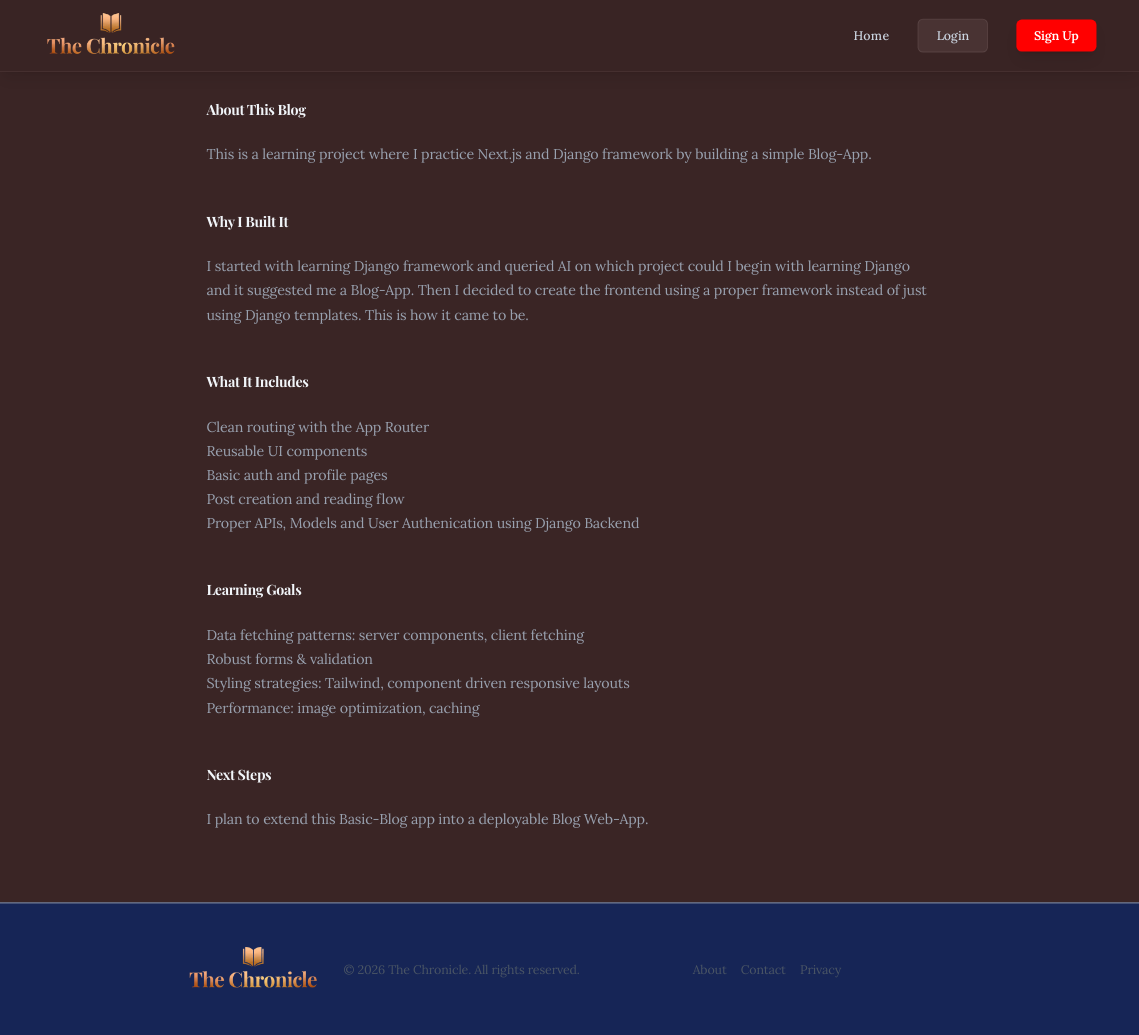
Repository: swaruplamsal/BasicBlogApp
Page: /about (app in blog-frontend/)
These files come from the project's save history. The page is drawn as it stood at one moment and after the next save; the edit follows.
The browser window is 1280 px wide. The pictures show the whole page, at 89% of full size.
The page's requests for data from a server got no answer. The project was rebuilt for these pictures with package versions that can differ from the ones it lists, and the page was loaded fresh each time. The framework's server and built-in components were replaced by stand-ins that run in the browser. No one was signed in, and anything a server would have sent is missing. Also part of the build but not shown: blog-frontend/next.config.mjs, blog-frontend/app/components/Avatar.js.

Above is the page before, as saved 2026-02-07 21:13:27.

### blog-frontend/app/layout.js
// app/layout.js
import { Lora, Playfair_Display } from "next/font/google";
import { AuthProvider } from "./context/AuthContext";
import { generateSiteMetadata } from "../lib/metadata";
import "./globals.css";

export const metadata = generateSiteMetadata();

const lora = Lora({
  subsets: ["latin"],
  weight: ["400", "500", "600", "700"],
  variable: "--font-lora",
});

const playfair = Playfair_Display({
  subsets: ["latin"],
  weight: ["400", "500", "600", "700", "900"],
  variable: "--font-playfair",
});

export default function RootLayout({ children }) {
  return (
    <html lang="en">
      <body className={`${lora.variable} ${playfair.variable}`}>
        <AuthProvider>{children}</AuthProvider>
      </body>
    </html>
  );
}

### blog-frontend/app/about/page.js
import Navbar from "../components/Navbar";
import Footer from "../components/Footer";

const sectionStyle = {
  marginTop: "1.5rem",
};

export default function About() {
  return (
    <div className="dark:bg-slate-950 text-gray-400">
      <Navbar />
      <main style={{ padding: "2rem", maxWidth: "880px", margin: "0 auto" }}>
        <h1>About This Blog</h1>
        <br />

        <p>
          This is a learning project where I practice Next.js and Django
          framework by building a simple Blog-App.
        </p>
        <br />
        <section style={sectionStyle}>
          <h2>Why I Built It</h2>
          <br />
          <p>
            I started with learning Django framework and queried AI on which
            project could I begin with learning Django and it suggested me a
            Blog-App. Then I decided to create the frontend using a proper
            framework instead of just using Django templates. This is how it
            came to be.
          </p>
        </section>
        <br />

        <section style={sectionStyle}>
          <h2>What It Includes</h2>
          <br />
          <ul>
            <li>Clean routing with the App Router</li>
            <li>Reusable UI components</li>
            <li>Basic auth and profile pages</li>
            <li>Post creation and reading flow</li>
            <li>
              Proper APIs, Models and User Authenication using Django Backend
            </li>
          </ul>
        </section>
        <br />

        <section style={sectionStyle}>
          <h2>Learning Goals</h2>
          <br />
          <ul>
            <li>Data fetching patterns: server components, client fetching</li>
            <li>Robust forms & validation</li>
            <li>
              Styling strategies: Tailwind, component driven responsive layouts
            </li>
            <li>Performance: image optimization, caching</li>
          </ul>
        </section>
        <br />

        <section style={sectionStyle}>
          <h2>Next Steps</h2>
          <br />
          <p>
            I plan to extend this Basic-Blog app into a deployable Blog Web-App.
          </p>
        </section>
      </main>
      <Footer />
    </div>
  );
}

### blog-frontend/app/context/AuthContext.js
"use client";

import { createContext, useContext, useState, useEffect } from "react";
import { authApi } from "../../lib/api";

const AuthContext = createContext();

// Helper function to get initial state from localStorage
function getInitialAuth() {
  if (typeof window === "undefined") {
    return { token: null, user: null };
  }

  const savedToken = localStorage.getItem("token");
  const savedUser = localStorage.getItem("user");

  return {
    token: savedToken || null,
    user: savedUser ? JSON.parse(savedUser) : null,
  };
}

export function AuthProvider({ children }) {
  const [user, setUser] = useState(() => getInitialAuth().user);
  const [token, setToken] = useState(() => getInitialAuth().token);

  // Sync user data with backend on mount if token exists
  useEffect(() => {
    if (typeof window === "undefined" || !token) return;

    const syncUserData = async () => {
      try {
        const completeUser = await authApi.getCurrentUser();
        setUser(completeUser);
        localStorage.setItem("user", JSON.stringify(completeUser));
      } catch (error) {
        // If sync fails, user might be logged out - clear auth state
        setToken(null);
        setUser(null);
        localStorage.removeItem("token");
        localStorage.removeItem("user");
      }
    };

    syncUserData();
  }, [token]);

  const login = async (username, password) => {
    try {
      const data = await authApi.login(username, password);

      setToken(data.token);
      localStorage.setItem("token", data.token);

      // Fetch complete user data including profile
      try {
        const completeUser = await authApi.getCurrentUser();
        setUser(completeUser);
        localStorage.setItem("user", JSON.stringify(completeUser));
      } catch (profileError) {
        // Fallback to basic user data if profile fetch fails
        setUser(data.user);
        localStorage.setItem("user", JSON.stringify(data.user));
      }

      return { success: true };
    } catch (error) {
      return { success: false, error: error.message };
    }
  };

  const signup = async (username, email, password) => {
    try {
      const data = await authApi.signup(username, email, password);

      setToken(data.token);
      setUser(data.user);
      localStorage.setItem("token", data.token);
      localStorage.setItem("user", JSON.stringify(data.user));
      return { success: true };
    } catch (error) {
      return { success: false, error: error.message };
    }
  };

  const logout = () => {
    setToken(null);
    setUser(null);
    localStorage.removeItem("token");
    localStorage.removeItem("user");
  };

  const refreshUser = async () => {
    if (!token) return;

    try {
      const completeUser = await authApi.getCurrentUser();
      setUser(completeUser);
      localStorage.setItem("user", JSON.stringify(completeUser));
    } catch (error) {
      console.log("Failed to refresh user data:", error.message);
    }
  };

  return (
    <AuthContext.Provider
      value={{ user, token, login, signup, logout, refreshUser }}
    >
      {children}
    </AuthContext.Provider>
  );
}

export function useAuth() {
  return useContext(AuthContext);
}

### blog-frontend/lib/metadata.js
// Helper functions for generating metadata

export const generateSiteMetadata = () => ({
  title: {
    template: "%s | The Chronicle",
    default: "The Chronicle - Where Stories Matter",
  },
  description:
    "Discover thoughtful perspectives, compelling narratives, and insights that challenge the ordinary.",
  keywords: ["blog", "stories", "articles", "writing", "chronicle"],
  authors: [{ name: "The Chronicle Team" }],
  openGraph: {
    type: "website",
    locale: "en_US",
    siteName: "The Chronicle",
  },
  twitter: {
    card: "summary_large_image",
  },
  // Fallback favicon / site icon. Place a file at public/favicon.png (or /favicon.ico)
  icons: {
    icon: "/favicon.png",
    apple: "/favicon.png",
  },
});

export const generatePostMetadata = (post) => {
  if (!post) return {};

  return {
    title: post.title,
    description: post.content.substring(0, 160) + "...",
    keywords: post.tags?.map((tag) => tag.name) || [],
    authors: [{ name: post.author?.username || "Anonymous" }],
    openGraph: {
      title: post.title,
      description: post.content.substring(0, 160) + "...",
      type: "article",
      publishedTime: post.created_at,
      modifiedTime: post.updated_at,
      authors: [post.author?.username || "Anonymous"],
      tags: post.tags?.map((tag) => tag.name) || [],
    },
    twitter: {
      card: "summary_large_image",
      title: post.title,
      description: post.content.substring(0, 160) + "...",
    },
  };
};

### blog-frontend/app/globals.css
@import "tailwindcss";

@layer base {
  :root {
    /* Bold Editorial Theme - Color Hunt Palette */
    --background: #3a2525;
    --background-elevated: #4a3535;
    --background-hover: #5a4545;
    --foreground: #f1f5f9;
    --foreground-muted: #cbd5e1;
    --foreground-subtle: #94a3b8;

    /* Accent Colors */
    --accent: #ff0000;
    --accent-hover: #cc0000;
    --accent-light: #ff3333;
    --accent-secondary: #9e2a2a;
    --navy: #000080;
    --navy-hover: #0000a0;

    /* Borders & Dividers */
    --border: #5a4545;
    --border-light: #6a5555;

    /* Semantic Colors */
    --success: #10b981;
    --error: #ff0000;
    --warning: #ff0000;
  }

  body {
    background: var(--background);
    color: var(--foreground);
    font-family:
      var(--font-lora),
      -apple-system,
      BlinkMacSystemFont,
      "Segoe UI",
      Roboto,
      sans-serif;
    line-height: 1.7;
    -webkit-font-smoothing: antialiased;
    -moz-osx-font-smoothing: grayscale;
    letter-spacing: -0.011em;
  }

  h1,
  h2,
  h3,
  h4,
  h5,
  h6 {
    font-family: var(--font-playfair), Georgia, serif;
    font-weight: 700;
    line-height: 1.25;
    color: var(--foreground);
    letter-spacing: -0.025em;
  }
}

@layer components {
  /* Custom Scrollbar */
  ::-webkit-scrollbar {
    width: 8px;
  }

  ::-webkit-scrollbar-track {
    background: var(--background);
  }

  ::-webkit-scrollbar-thumb {
    background: var(--accent);
    border-radius: 4px;
  }

  ::-webkit-scrollbar-thumb:hover {
    background: var(--accent-hover);
  }

  /* Smooth transitions */
  * {
    transition-property:
      background-color, border-color, color, fill, stroke, transform, opacity;
    transition-timing-function: cubic-bezier(0.4, 0, 0.2, 1);
    transition-duration: 200ms;
  }

  /* Editorial Utilities */
  .editorial-gradient {
    background: linear-gradient(
      135deg,
      var(--background) 0%,
      var(--background-elevated) 100%
    );
  }

  .text-gradient {
    background: linear-gradient(135deg, #ff0000, #9e2a2a);
    -webkit-background-clip: text;
    -webkit-text-fill-color: transparent;
    background-clip: text;
  }

  .reading-progress {
    position: fixed;
    top: 0;
    left: 0;
    height: 3px;
    background: linear-gradient(90deg, #ff0000, #9e2a2a);
    z-index: 9999;
    transition: width 0.1s ease-out;
  }

  .card-hover {
    transition: all 0.3s cubic-bezier(0.4, 0, 0.2, 1);
  }

  .card-hover:hover {
    transform: translateY(-2px);
    box-shadow: 0 20px 40px -12px rgba(255, 0, 0, 0.2);
    border-color: #6a5555 !important;
  }

  /* Button Styles */
  .btn-primary {
    background-color: #ff0000;
    box-shadow: 0 10px 25px -5px rgba(255, 0, 0, 0.3);
    transition: all 0.3s ease;
  }

  .btn-primary:hover {
    background-color: #cc0000;
    box-shadow: 0 15px 30px -5px rgba(255, 0, 0, 0.4);
  }

  /* Link Styles */
  .link-red {
    color: #ff0000;
    transition: color 0.2s ease;
  }

  .link-red:hover {
    color: #ff3333;
  }

  .link-nav {
    color: #cbd5e1;
    transition: color 0.2s ease;
  }

  .link-nav:hover {
    color: #ff0000;
  }

  /* Article Title */
  .article-title {
    color: #f1f5f9;
    transition: color 0.3s ease;
  }

  .article-title:hover {
    color: #ff0000;
  }

  /* Tag Styles */
  .tag {
    color: #94a3b8;
    background-color: rgba(90, 69, 69, 0.5);
    border: 1px solid rgba(106, 85, 85, 0.5);
    transition: all 0.2s ease;
  }

  .tag:hover {
    border-color: #9e2a2a;
    color: #cbd5e1;
  }
  /* Form Styles */
  .form-input {
    background-color: rgba(90, 69, 69, 0.5);
    border: 1px solid #6a5555;
    color: #f1f5f9;
    transition: all 0.2s ease;
  }

  .form-input:focus {
    outline: none;
    border-color: #ff0000;
    background-color: rgba(90, 69, 69, 0.7);
  }

  .form-label {
    color: #cbd5e1;
  }

  .form-container {
    background-color: rgba(74, 53, 53, 0.5);
    border: 1px solid #5a4545;
  }

  .btn-secondary {
    background-color: rgba(90, 69, 69, 0.8);
    color: #cbd5e1;
    border: 1px solid #6a5555;
    transition: all 0.2s ease;
  }

  .btn-secondary:hover {
    background-color: rgba(90, 69, 69, 1);
    border-color: #7a6565;
  }

  .btn-danger {
    background-color: rgba(158, 42, 42, 0.8);
    color: #fff;
    border: 1px solid #9e2a2a;
    transition: all 0.2s ease;
  }

  .btn-danger:hover {
    background-color: #9e2a2a;
  }

  .btn-success {
    background-color: rgba(16, 185, 129, 0.8);
    color: #fff;
    transition: all 0.2s ease;
  }

  .btn-success:hover {
    background-color: rgb(16, 185, 129);
  }

  /* ========================================
   LOADING & ANIMATION STYLES
   ======================================== */

  /* Shimmer effect for skeleton loaders */
  @keyframes shimmer {
    0% {
      transform: translateX(-100%);
    }
    100% {
      transform: translateX(100%);
    }
  }

  .animate-shimmer {
    animation: shimmer 2s infinite;
  }

  /* Fade in animation */
  @keyframes fade-in {
    from {
      opacity: 0;
    }
    to {
      opacity: 1;
    }
  }

  .animate-fade-in {
    animation: fade-in 0.5s ease-out;
  }

  /* Fade in and slide up animation */
  @keyframes fade-in-up {
    from {
      opacity: 0;
      transform: translateY(20px);
    }
    to {
      opacity: 1;
      transform: translateY(0);
    }
  }

  .animate-fade-in-up {
    animation: fade-in-up 0.6s ease-out;
  }

  /* Scale in animation */
  @keyframes scale-in {
    from {
      opacity: 0;
      transform: scale(0.95);
    }
    to {
      opacity: 1;
      transform: scale(1);
    }
  }

  .animate-scale-in {
    animation: scale-in 0.4s ease-out;
  }

  /* Smooth transitions for all interactive elements */
  .transition-smooth {
    transition: all 0.3s cubic-bezier(0.4, 0, 0.2, 1);
  }
}

### blog-frontend/app/components/Navbar.js
// app/components/Navbar.js
"use client";

import dynamic from "next/dynamic";
import Link from "next/link";
import Image from "next/image";

const NavbarAuth = dynamic(() => import("./NavbarAuth"), { ssr: false });

export default function Navbar() {
  return (
    <nav
      className="sticky top-0 z-50 backdrop-blur-xl border-b shadow-lg"
      style={{
        backgroundColor: "rgba(58, 37, 37, 0.8)",
        borderColor: "rgba(90, 69, 69, 0.5)",
      }}
    >
      <div className="max-w-7xl mx-auto px-6 sm:px-8 lg:px-12">
        <div className="flex justify-between items-center h-20">
          {/* Logo */}
          <Link
            href="/"
            className="group flex items-center gap-3 hover:opacity-80 transition-opacity"
          >
            {/* Replace the inline svg with a logo image from public/images/logo.png */}
            <div>
              <Image
                src="/images/logo.png"
                alt="Editorial logo"
                width={150}
                height={150}
                className="object-cover"
                priority
              />
            </div>
          </Link>

          {/* Nav Links */}
          <div className="flex items-center gap-8">
            <Link
              href="/"
              className="link-nav font-medium text-sm tracking-wide"
            >
              Home
            </Link>
            <NavbarAuth />
          </div>
        </div>
      </div>
    </nav>
  );
}

### blog-frontend/app/components/Footer.js
import Image from "next/image";
import Link from "next/link";
import SocialLinks from "./SocialLinks";

export default function Footer() {
  return (
    <footer className="border-t mt-12 py-8 bg-blue-950 dark:bg-gray-900">
      <div className="max-w-4xl mx-auto px-4 flex flex-col md:flex-row items-center justify-between gap-4">
        <div className="flex items-center space-x-3">
          <Link href="/" className="flex items-center">
            <Image
              src="/images/logo.png"
              alt="Logo"
              width={150}
              height={150}
              className="rounded-sm"
            />
          </Link>
          <p className="text-sm text-gray-600 dark:text-gray-300 ml-4">
            © {new Date().getFullYear()} The Chronicle. All rights reserved.
          </p>
        </div>

        <nav className="flex items-center space-x-4">
          <Link
            href="/about"
            className="text-sm text-gray-600 hover:text-red-600 transition-colors duration-200 dark:text-gray-300 dark:hover:text-red-400 active:text-red-900 focus:outline-none focus-visible:ring-2 focus-visible:ring-red-300 rounded"
          >
            About
          </Link>
          <Link
            href="/contact"
            className="text-sm text-gray-600 hover:text-red-600 transition-colors duration-200 dark:text-gray-300 dark:hover:text-red-400 active:text-red-900 focus:outline-none focus-visible:ring-2 focus-visible:ring-red-300 rounded"
          >
            Contact
          </Link>
          <Link
            href="/privacy"
            className="text-sm text-gray-600 hover:text-red-600 transition-colors duration-200 dark:text-gray-300 dark:hover:text-red-400 active:text-red-900 focus:outline-none focus-visible:ring-2 focus-visible:ring-red-300 rounded"
          >
            Privacy
          </Link>
        </nav>

        <div>
          <SocialLinks />
        </div>
      </div>
    </footer>
  );
}

### blog-frontend/app/components/SocialLinks.js
"use client";

import Link from "next/link";

export default function SocialLinks({ website, twitter, github, linkedin }) {
  const links = [
    {
      name: "Website",
      value: website,
      href: website,
      icon: (
        <svg
          className="w-5 h-5"
          fill="none"
          stroke="currentColor"
          viewBox="0 0 24 24"
        >
          <path
            strokeLinecap="round"
            strokeLinejoin="round"
            strokeWidth={2}
            d="M21 12a9 9 0 01-9 9m9-9a9 9 0 00-9-9m9 9H3m9 9a9 9 0 01-9-9m9 9c1.657 0 3-4.03 3-9s-1.343-9-3-9m0 18c-1.657 0-3-4.03-3-9s1.343-9 3-9m-9 9a9 9 0 019-9"
          />
        </svg>
      ),
    },
    {
      name: "Twitter",
      value: twitter,
      href: twitter ? `https://twitter.com/${twitter}` : null,
      icon: (
        <svg className="w-5 h-5" fill="currentColor" viewBox="0 0 24 24">
          <path d="M18.244 2.25h3.308l-7.227 8.26 8.502 11.24H16.17l-5.214-6.817L4.99 21.75H1.68l7.73-8.835L1.254 2.25H8.08l4.713 6.231zm-1.161 17.52h1.833L7.084 4.126H5.117z" />
        </svg>
      ),
    },
    {
      name: "GitHub",
      value: github,
      href: github ? `https://github.com/${github}` : null,
      icon: (
        <svg className="w-5 h-5" fill="currentColor" viewBox="0 0 24 24">
          <path
            fillRule="evenodd"
            d="M12 2C6.477 2 2 6.484 2 12.017c0 4.425 2.865 8.18 6.839 9.504.5.092.682-.217.682-.483 0-.237-.008-.868-.013-1.703-2.782.605-3.369-1.343-3.369-1.343-.454-1.158-1.11-1.466-1.11-1.466-.908-.62.069-.608.069-.608 1.003.07 1.531 1.032 1.531 1.032.892 1.53 2.341 1.088 2.91.832.092-.647.35-1.088.636-1.338-2.22-.253-4.555-1.113-4.555-4.951 0-1.093.39-1.988 1.029-2.688-.103-.253-.446-1.272.098-2.65 0 0 .84-.27 2.75 1.026A9.564 9.564 0 0112 6.844c.85.004 1.705.115 2.504.337 1.909-1.296 2.747-1.027 2.747-1.027.546 1.379.202 2.398.1 2.651.64.7 1.028 1.595 1.028 2.688 0 3.848-2.339 4.695-4.566 4.943.359.309.678.92.678 1.855 0 1.338-.012 2.419-.012 2.747 0 .268.18.58.688.482A10.019 10.019 0 0022 12.017C22 6.484 17.522 2 12 2z"
            clipRule="evenodd"
          />
        </svg>
      ),
    },
    {
      name: "LinkedIn",
      value: linkedin,
      href: linkedin ? `https://linkedin.com/in/${linkedin}` : null,
      icon: (
        <svg className="w-5 h-5" fill="currentColor" viewBox="0 0 24 24">
          <path d="M20.447 20.452h-3.554v-5.569c0-1.328-.027-3.037-1.852-3.037-1.853 0-2.136 1.445-2.136 2.939v5.667H9.351V9h3.414v1.561h.046c.477-.9 1.637-1.85 3.37-1.85 3.601 0 4.267 2.37 4.267 5.455v6.286zM5.337 7.433c-1.144 0-2.063-.926-2.063-2.065 0-1.138.92-2.063 2.063-2.063 1.14 0 2.064.925 2.064 2.063 0 1.139-.925 2.065-2.064 2.065zm1.782 13.019H3.555V9h3.564v11.452zM22.225 0H1.771C.792 0 0 .774 0 1.729v20.542C0 23.227.792 24 1.771 24h20.451C23.2 24 24 23.227 24 22.271V1.729C24 .774 23.2 0 22.222 0h.003z" />
        </svg>
      ),
    },
  ];

  const activeLinks = links.filter((link) => link.value);

  if (activeLinks.length === 0) {
    return null;
  }

  return (
    <div className="flex flex-wrap gap-3">
      {activeLinks.map((link) => (
        <a
          key={link.name}
          href={link.href}
          target="_blank"
          rel="noopener noreferrer"
          className="flex items-center gap-2 px-4 py-2 bg-slate-800/50 rounded-lg border border-slate-700/50 hover:border-red-600/50 hover:bg-slate-800 transition-all text-slate-400 hover:text-red-400"
          title={link.name}
        >
          {link.icon}
          <span className="text-sm">{link.name}</span>
        </a>
      ))}
    </div>
  );
}

Loaded but not shown: blog-frontend/lib/api.js (library); blog-frontend/app/components/NavbarAuth.js (180 lines, source omitted)

After the next save:
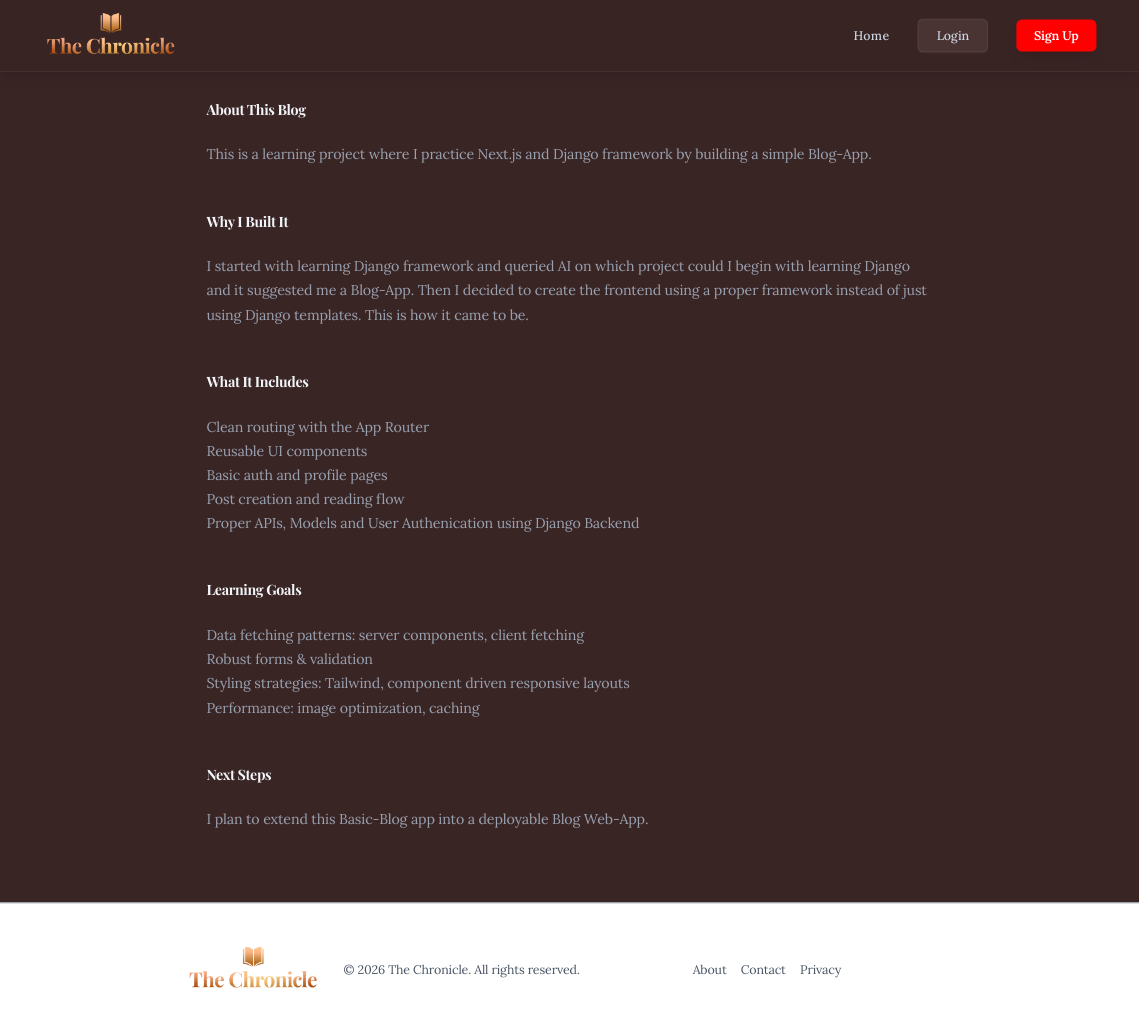
Saved 5 s later.
--- a/blog-frontend/app/components/Footer.js
+++ b/blog-frontend/app/components/Footer.js
@@ -4,7 +4,7 @@ import SocialLinks from "./SocialLinks";
 
 export default function Footer() {
   return (
-    <footer className="border-t mt-12 py-8 bg-blue-950 dark:bg-gray-900">
+    <footer className="border-t mt-12 py-8 bg-white dark:bg-gray-900">
       <div className="max-w-4xl mx-auto px-4 flex flex-col md:flex-row items-center justify-between gap-4">
         <div className="flex items-center space-x-3">
           <Link href="/" className="flex items-center">
